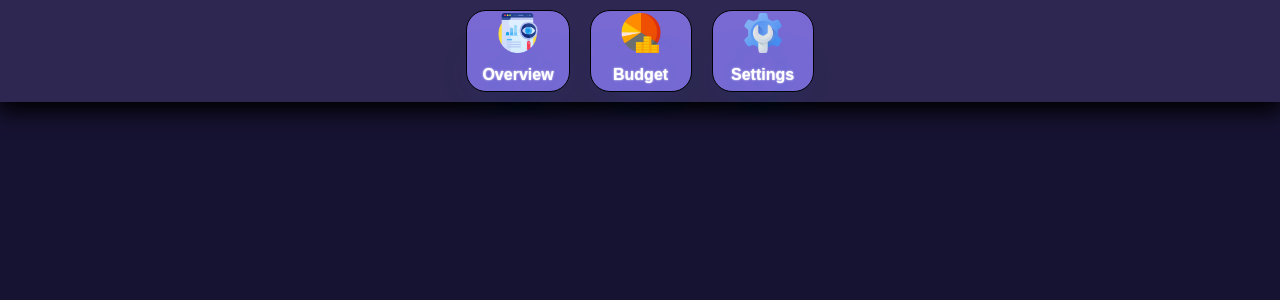
Repository: Minkeani/Money-Manager
Page: /Settings
These files come from the project's save history. The page is drawn as it stood at one moment and after the next save; the edit follows.
The browser window is 1280 px wide. The pictures show the whole page.
The project was rebuilt for these pictures with package versions that can differ from the ones it lists, and the page was loaded fresh each time. Also part of the build but not shown: src/components/Budget/Budget.jsx, src/components/Overview/Overview.jsx, src/components/NotFound/NotFound.jsx.

Above is the page before, as saved 2022-07-12 21:15:31.

After the next save:
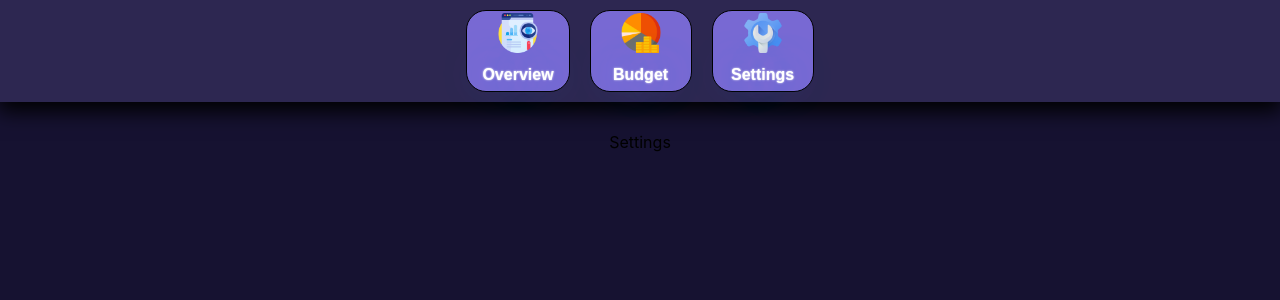
Saved 21 s later.
--- a/src/components/Settings/Settings.jsx
+++ b/src/components/Settings/Settings.jsx
@@ -3,7 +3,7 @@ import React from 'react'
 export default function Settings() {
   return (
     <div>
-
+      Settings
     </div>
   )
 }
